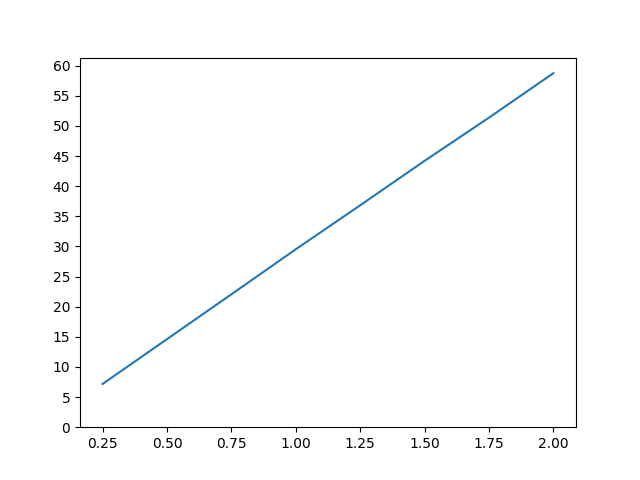
Repository: GreenSheep-Studio/PythonLearning
Script's output: python TableViwer.py
An editor plug-in stored every save of this project. The script's output is shown before and after the next save, followed by the edit.
Random numbers start from a fixed seed.

Above is the script's output before, as saved 2023-11-01 14:22:25.

### TableViwer.py
import matplotlib.pyplot as plt
import numpy as np
Uh = [7.175,14.61,22.05,29.525,36.825,44.2,51.375,58.75]
Im = [0.25,0.5,0.75,1,1.25,1.5,1.75,2]
plt.plot(Im, Uh)
y_ticks = np.arange(0, 65, 5)
plt.yticks(y_ticks)
plt.show()

After the next save:
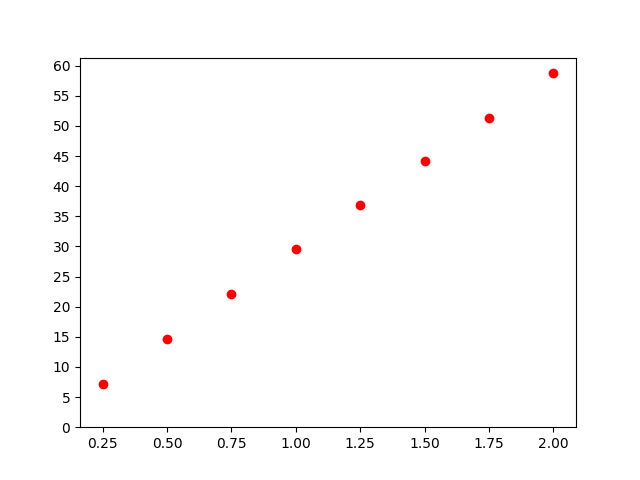
Saved 38 s later.
--- a/TableViwer.py
+++ b/TableViwer.py
@@ -2,7 +2,7 @@ import matplotlib.pyplot as plt
 import numpy as np
 Uh = [7.175,14.61,22.05,29.525,36.825,44.2,51.375,58.75]
 Im = [0.25,0.5,0.75,1,1.25,1.5,1.75,2]
-plt.plot(Im, Uh)
+plt.scatter(Im, Uh, s=None, c='r', marker=None, label='Uh')
 y_ticks = np.arange(0, 65, 5)
 plt.yticks(y_ticks)
 plt.show()
